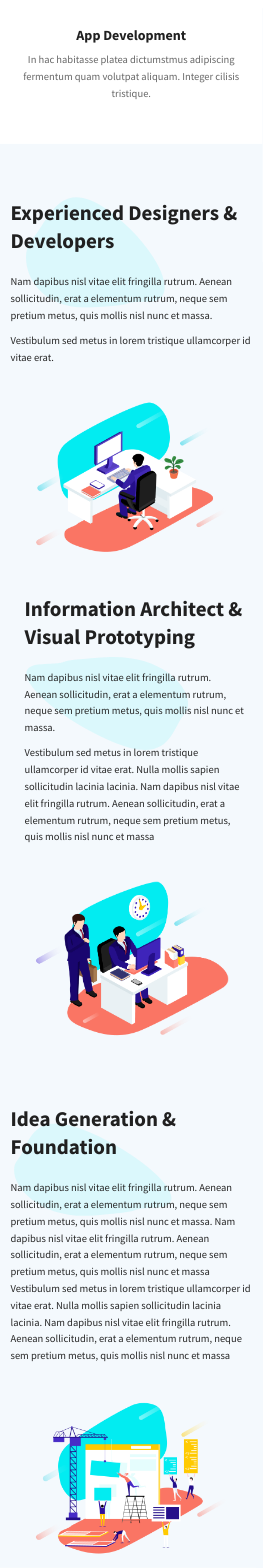
Repository: advert31337/marafon_from0to1_MartaUP
Page: index.html
The author's editor kept a copy of each file at every save. The page is drawn from the files as they stood at one save, then again after the next save.
The browser window is 375 px wide. The pictures show the part of the page from y = 1441 to 3681 px (the page is 3681 px tall before and 3633 px after), at 70% of full size.

Above is the page before, as saved 2020-03-08 17:53:01.

### index.html
<!DOCTYPE html>
<html lang="en">

<head>
    <meta charset="UTF-8">
    <meta name="viewport" content="width=device-width, initial-scale=1.0">
    <title>Marafon MartaUP</title>
    <link href="https://fonts.googleapis.com/css?family=Source+Sans+Pro:400,600,700&display=swap" rel="stylesheet">
    <link rel="stylesheet" href="css/reset.css">
    <link rel="stylesheet" href="css/slick.css">
    <link rel="stylesheet" href="css/style.css">
</head>

<body>
    <header class="header">

        <div class="container">
            <div class="header__top">

                <div class="logo">
                    <a href="#!">+
                        <img src="images/logo.svg" alt="">
                    </a>
                </div>

                <nav class="menu">
                    <div class="menu__btn">
                        <span>

                        </span>
                    </div>
                    <ul class="menu__list">
                        <li><a class="menu__list-item" href="#">home</a></li>
                        <li><a class="menu__list-item" href="#">work</a></li>
                        <li><a class="menu__list-item" href="#">about</a></li>
                        <li><a class="menu__list-item" href="#">contact</a></li>
                    </ul>
                </nav>

                <div class="header-btn">
                    <a class="login" href="#">login</a>
                    <a class="sign-up" href="#">sign up</a>
                </div>

            </div>

            <div class="header-slider">
                <div class="header-slider__item">
                    <div class="header-slider__item-content">

                        <div class="header-slider__item-info">
                            <h3 class="header-slider__title">
                                We Build Apps & Websites
                                for Your Business
                            </h3>
                            <div class="header-slider__description">
                                For startups, For businesses & For you
                            </div>
                            <a href="" class="header-slider__btn">Request a quote</a>
                        </div>

                        <div class="header-slider__item-images">
                            <img src="images/slider-img.png" alt="">
                        </div>
                    </div>
                </div>


                <div class="header-slider__item">
                    <div class="header-slider__item-content">

                        <div class="header-slider__item-info">
                            <h3 class="header-slider__title">
                                We Build Apps & Websites
                                for Your Business
                            </h3>
                            <div class="header-slider__description">
                                For startups, For businesses & For you
                            </div>
                            <a href="" class="header-slider__btn">Request a quote</a>
                        </div>

                        <div class="header-slider__item-images">
                            <img src="images/slider-img.png" alt="">
                        </div>
                    </div>
                </div>


                <div class="header-slider__item">
                    <div class="header-slider__item-content">

                        <div class="header-slider__item-info">
                            <h3 class="header-slider__title">
                                We Build Apps & Websites
                                for Your Business
                            </h3>
                            <div class="header-slider__description">
                                For startups, For businesses & For you
                            </div>
                            <a href="" class="header-slider__btn">Request a quote</a>
                        </div>

                        <div class="header-slider__item-images">
                            <img src="images/slider-img.png" alt="">
                        </div>
                    </div>
                </div>


                <div class="header-slider__item">
                    <div class="header-slider__item-content">

                        <div class="header-slider__item-info">
                            <h3 class="header-slider__title">
                                We Build Apps & Websites
                                for Your Business
                            </h3>
                            <div class="header-slider__description">
                                For startups, For businesses & For you
                            </div>
                            <a href="" class="header-slider__btn">Request a quote</a>
                        </div>

                        <div class="header-slider__item-images">
                            <img src="images/slider-img.png" alt="">
                        </div>
                    </div>
                </div>


                <div class="header-slider__item">
                    <div class="header-slider__item-content">

                        <div class="header-slider__item-info">
                            <h3 class="header-slider__title">
                                We Build Apps & Websites
                                for Your Business
                            </h3>
                            <div class="header-slider__description">
                                For startups, For businesses & For you
                            </div>
                            <a href="" class="header-slider__btn">Request a quote</a>
                        </div>

                        <div class="header-slider__item-images">
                            <img src="images/slider-img.png" alt="">
                        </div>
                    </div>
                </div>
            </div>

        </div>

    </header>

    <section class="specialised">
        <div class="container">
            <div class="specialised__title title">
                We are specialised in
            </div>
            <div class="specialised__items">
                <div class="specialised__item">
                    <div class="specialised__item-img">
                        <img src="images/specialise-1.svg" alt="">
                    </div>

                    <div class="specialise__item-title">
                        UI/UX Design
                    </div>
                    <div class="specialise__item-text">
                        In hac habitasse platea dictumstmus adipiscing fermentum quam volutpat aliquam. Integer cilisis tristique.
                    </div>
                </div>
                <div class="specialised__item">
                    <div class="specialised__item-img">
                        <img src="images/specialise-2.svg" alt="">
                    </div>
                    <div class="specialise__item-title">
                        Web Development
                    </div>
                    <div class="specialise__item-text">
                        In hac habitasse platea dictumstmus adipiscing fermentum quam volutpat aliquam. Integer cilisis tristique.
                    </div>
                </div>
                <div class="specialised__item">
                    <div class="specialised__item-img">
                        <img src="images/specialise-3.svg" alt="">
                    </div>
                    <div class="specialise__item-title">
                        App Development
                    </div>
                    <div class="specialise__item-text">
                        In hac habitasse platea dictumstmus adipiscing fermentum quam volutpat aliquam. Integer cilisis tristique.
                    </div>
                </div>
            </div>
        </div>
    </section>

    <section class="advantages">
        <div class="container">

            <div class="advantages-box">
                <div class="advantages-box__info">
                    <div class="advantages-box__title">
                        Experienced Designers & Developers
                    </div>
                    <div class="advantages-box__text">
                        <p>
                            Nam dapibus nisl vitae elit fringilla rutrum. Aenean sollicitudin, erat a elementum rutrum, neque sem pretium metus, quis mollis nisl nunc et massa.
                        </p>
                        <p>
                            Vestibulum sed metus in lorem tristique ullamcorper id vitae erat.
                        </p>
                    </div>
                </div>

                <div class="advantages-box__img">
                    <img src="images/advantages-1.png" alt="">
                </div>
            </div>

            <div class="advantages-box advantages-box--right">
                <div class="advantages-box__info">
                    <div class="advantages-box__title">
                        Information Architect &
                        Visual Prototyping
                    </div>
                    <div class="advantages-box__text">
                        <p>
                            Nam dapibus nisl vitae elit fringilla rutrum. Aenean sollicitudin, erat a elementum rutrum, neque sem pretium metus, quis mollis nisl nunc et massa.
                        </p>
                        <p>
                            Vestibulum sed metus in lorem tristique ullamcorper id vitae erat. Nulla mollis sapien sollicitudin lacinia lacinia. Nam dapibus nisl vitae elit fringilla rutrum. Aenean sollicitudin, erat a elementum rutrum, neque sem pretium metus, quis mollis nisl nunc et massa
                        </p>
                    </div>
                </div>
                <div class="advantages-box__img">
                    <img src="images/advantages-2.png" alt="">
                </div>
            </div>

            <div class="advantages-box">
                <div class="advantages-box__info advantages-box__info--bg">
                    <div class="advantages-box__title">
                        Idea Generation & Foundation
                    </div>
                    <div class="advantages-box__text">
                        <p>
                            Nam dapibus nisl vitae elit fringilla rutrum. Aenean sollicitudin, erat a elementum rutrum, neque sem pretium metus, quis mollis nisl nunc et massa. Nam dapibus nisl vitae elit fringilla rutrum. Aenean sollicitudin, erat a elementum rutrum, neque sem pretium metus, quis mollis nisl nunc et massa    Vestibulum sed metus in lorem tristique ullamcorper id vitae erat. Nulla mollis sapien sollicitudin lacinia lacinia. Nam dapibus nisl vitae elit fringilla rutrum. Aenean sollicitudin, erat a elementum rutrum, neque sem pretium metus, quis mollis nisl nunc et massa
                        </p>
                    </div>
                </div>

                <div class="advantages-box__img">
                    <img src="images/advantages-3.png" alt="">
                </div>
            </div>
        </div>
    </section>

    <!-- <section class="reviews">
        <div class="container">
            <div class="reviews__title title">
                Don’t Just Take Our Words
            </div>
            <div class="reviews__items">

                <div class="reviews__item">
                    <div class="reviews__item-head">
                        <img src="images/rev-1.jpg" alt="">
                        <div class="reviews__item-info">
                            <div class="reviews__item-name">
                                Arakat Bank
                            </div>
                            <div class="reviews__item-position">
                                International Bank Ltd.
                            </div>
                        </div>
                    </div>
                    <div class="reviews__item-text">
                        Fusce vehicula dolor arcu, sit amet blandit dolor mollis nec. Donec viverra eleifend lacus, vitae ullamcorper metus. Sed sollicitudin ipsum.
                    </div>
                </div>

                <div class="reviews__item">
                    <div class="reviews__item-head">
                        <img src="images/rev-2.jpg" alt="">
                        <div class="reviews__item-info">
                            <div class="reviews__item-name">
                                Chrsitopher Company Ltd.
                            </div>
                            <div class="reviews__item-position">
                                Design & Development
                            </div>
                        </div>
                    </div>
                    <div class="reviews__item-text">
                        Fusce vehicula dolor arcu, sit amet blandit dolor mollis nec. Donec viverra eleifend lacus, vitae ullamcorper metus. Sed sollicitudin ipsum.
                    </div>
                </div>

                <div class="reviews__item">
                    <div class="reviews__item-head">
                        <img src="images/rev-3.jpg" alt="">
                        <div class="reviews__item-info">
                            <div class="reviews__item-name">
                                Jigsawlab Studio Inc.
                            </div>
                            <div class="reviews__item-position">
                                Interactive Prototyping
                            </div>
                        </div>
                    </div>
                    <div class="reviews__item-text">
                        Fusce vehicula dolor arcu, sit amet blandit dolor mollis nec. Donec viverra eleifend lacus, vitae ullamcorper metus. Sed sollicitudin ipsum.
                    </div>
                </div>

            </div>
        </div>
    </section> -->

    <!-- <footer class="footer">
        <div class="container">
            <div class="footer__inner">
                <div class="footer__link">
                    <a href="#">About Martaup</a>
                    <a href="#">Help</a>
                    <a href="#">Privacy Policy</a>
                </div>
                <div class="footer__copy">
                    © 2013-2018 All rights reserved.
                </div>
            </div>
        </div>
    </footer> -->


    <script src="https://ajax.googleapis.com/ajax/libs/jquery/3.4.1/jquery.min.js"></script>
    <script src="js/slick.min.js"></script>
    <script src="js/main.js"></script>
</body>

</html>

### css/style.css
*{
    box-sizing: border-box;
}

body {
    font-family: 'Source Sans Pro', sans-serif;
    font-size: 15px;
    line-height: 24px;
}

a {
    text-decoration: none;
    color: inherit;
}
.header {
    background-image: url('../images/header-bg.jpg');
    min-height: 793px;
    background-repeat: no-repeat;
    background-size: cover;
    background-position: top center;
}

.container {
    max-width: 1200px;
    margin: 0 auto;
    padding: 0 15px 0 15px;

}

.header__top {
    display: flex;
    justify-content: space-between;
    height: 100px;
    align-items: center;
}

.menu__list {
    display: flex;
}

.menu__list li + li {
    padding-left: 50px;

}

.login {
    margin-right: 44px;
    color: #fff;
    text-transform: uppercase;
    font-weight: 600;
}

.menu__list a{
    opacity: 0.5;
    color: #fff;
    font-weight: 600;
    text-transform: uppercase;
    transition: all 0.5s;
}

.menu__list a:hover {
    opacity: 1;
}

.sign-up {
    text-transform: uppercase;
    color: #250f8a;
    font-weight: 600;
    background-color: #fff;
    padding: 8px 43px;
    border-radius: 20px;

}

.header-slider {
    padding-top: 111px;
}
.header-slider__item {

}
.header-slider__item-content {
    display: flex;
    justify-content: space-between;
}
.header-slider__item-info {
    max-width: 506px;
    color:#fff;
}
.header-slider__title {
    font-weight: 700;
    font-size: 45px;
    line-height: 60px;
    margin-bottom: 10px;
}
.header-slider__description {
    line-height: 55px;
    font-size: 24px;
    margin-bottom: 60px;
}
.header-slider__btn {
    font-weight: 600;
    text-transform: uppercase;
    color: #250F8A;
    padding: 13px 39px;
    background-color: #FFCA00;
    border-radius: 25px;
}
.header-slider__item-images {
    margin: 10px 82px 0 0;
}

.header-dots{
    list-style: none;
    position: absolute;
    right: 0;
    top: 50%;
    transform: translateY(-50%)
}

.header-dots button {
    border: none;
    background-color: #fff;
    opacity: 0.5;
    font-size: 0;
    padding: 0;
    width: 7px;
    height: 7px;
    border-radius: 3.5px;
    cursor: pointer;
    outline: none;
    margin: 10px auto;
    display: block;
}

.header-dots .slick-active button{
    width: 15px;
    opacity: 1;
}

.specialised{
    padding: 55px 0 93px;
    background-image: url(../images/special-bg.svg);
    background-position: left bottom;
    background-repeat: no-repeat;
    color: #202020;
    text-align: center;
}

.specialised__title {
    margin-bottom: 96px;
}
.title {
    font-size: 35px;
    line-height: 45px;
    font-weight: 700;
    text-align: center;
}

.specialised__items {
    display: flex;
    justify-content: space-between;
    max-width: 980px;
    margin: 0 auto;

}
.specialised__item {
    width: 280px;
}
.specialised__item-img {
    margin-bottom: 23px;
    min-height: 159px;
}
.specialise__item-title {
    margin-bottom: 11px;
    font-size: 20px;
    font-weight: 700;
}
.specialise__item-text {
   padding: 0 10px;
   color: #272727;
   opacity: 0.7;
}


.advantages {
    padding-top: 64px;
    background: #f4f9fd;
    background-image: url(../images/advantages-bg.svg);
    background-repeat: no-repeat;
    background-position: center right;
}

.advantages-box {
    display: flex;
    justify-content: space-between;
    padding-bottom: 76px;
}

 .advantages-box--right .advantages-box__info{
    order: 1;
    background-image: url(../images/title-bg-2.svg);
    background-position: 22px 130px;
}
.advantages-box__info {
    max-width: 455px;
    padding-top: 60px;
    background-image: url(../images/title-bg-1.svg);
    background-repeat: no-repeat;
    background-position: 22px 76px;
}

.advantages-box__info--bg{
    background-image: url(../images/title-bg-3.svg);
    background-position: 5px 105px;
}


.advantages-box__title {
    color: #202020;
    font-size: 35px;
    line-height: 45px;
    font-weight: 700;
    padding: 68px 0 15px 48px;

}
.advantages-box__text {
    padding-left: 48px;
    color: #272727;
}

.advantages-box__text p{
    margin: 12px 0;
}


.reviews {
    background-image: url(../images/reviews-bg.jpg);
    background-repeat: no-repeat;
    background-position: top center;
    background-size: cover;
    padding: 38px 53px;
}

.reviews__title {
    color: #fff;
    margin: 0 auto 48px;
    max-width: 384px;
}
.reviews__items {
    max-width: 940px;
    margin: 0 auto;
    display: flex;
    justify-content: space-between;
}
.reviews__item {
    width: 300px;
    border-radius: 5px;
    background-color: rgba(255, 255, 255, .2);
    padding: 35px 20px;
    color: #fff;
}
.reviews__item-head {
    margin-bottom: 13px;
    display: flex;
}

.reviews__item-head img{
    border-radius: 50%;
    margin-right: 20px;
}

.reviews__item-name {
    font-weight: 600;
}
.reviews__item-position {
    opacity: .5;
}
.reviews__item-text {
    text-align: center;
    padding-top: 39px;
    position: relative;
}

.reviews__item-text::before{
    content: "“";
    font-size: 40px;
    line-height: 55px;
    font-weight: 700;
    position: absolute;
    top: 0;
    left: 0;
    right: 0;
}

.footer{

}

.footer__inner {
    display: flex;
    justify-content: space-between;
    align-items: center;
    height: 61px;
    color: #272727;
    padding: 0 40px;
}
.footer__link a + a {
    margin-left: 20px;
}




@media (max-width: 1620px){
    .advantages{
        background-image: none;
    }
}


@media (max-width: 1201px){
    .specialised{
        background-size: 60px;
    }
}

@media (max-width: 1190px){
    .header-slider__item-images{
        margin: 50px 20px 0 0;
    }
    .header-slider__item-images img{
        width: 80%;
    }
    .header-slider__item-info{
        padding: 50px 0;
    }

    .header-slider{
        padding-top: 25px;
    }

    .advantages-box__img img{
        width: 80%
    }

    .advantages-box__img{
        text-align: center;
    }

    .advantages-box{
        justify-content: space-around;
    }

    .advantages-box--right .advantages-box__title{
        padding: 30px 0 15px 20px;
    }

    .advantages-box--right .advantages-box__text{
        padding-left: 20px;
    }

    .advantages-box--right .advantages-box__info{
        padding-right: 30px;
    }
}

@media (max-width: 1080px){
    .specialised{
        background-image: none;
    }

    .advantages-box__info{
        padding-top: 10px;
    }

    .advantages-box--right .advantages-box__info{
        padding-right: 10px;
    }

    .advantages-box__img{
        width: 71%;
        margin-top: 40px;
    }
}


@media (max-width: 924px){
    .header__top{
        flex-wrap: wrap;
    }

    .header-btn{
        width: 100%;
        text-align: right;
    }

    .login{
        margin-right: 30px;
    }

}

@media (max-width: 900px){
    .header-slider__item-images{
        display: none;
    }
}

@media (max-width: 858px) {
    .advantages{
        padding-top: 0;
    }

    .advantages-box__info{
        max-width: 100%;
        flex-wrap: wrap;
    }

    .advantages-box{
        flex-wrap: wrap;
        padding-bottom: 20px;
    }

    .advantages-box--right .advantages-box__info{
        order: 0;
    }

    .advantages-box__img{
        width: 100%;
    }
}

@media (max-width: 775px) {
    .specialised{
        padding: 20px 0 40px;
    }

    .specialised__title{
        margin-bottom: 40px;
    }

    .specialised__items{
        flex-wrap: wrap;
    }

    .specialised__item{
        width: 50%;
        margin-bottom: 20px;
    }
}

@media (max-width: 570px) {
    .menu__list{
        display: none;
        position: absolute;
        top: 120px;
        left: 0;
        text-align: center;
        width: 100%;
        background-color: #1a50a8;
        z-index: 5;
    }

    .menu__list li + li{
        padding-left: 0;
    }

    .menu__list a{
        display: block;
        padding: 10px;
    }

    .menu__btn{
        width: 30px;
        height: 20px;
        position: relative;

    }

    .menu__btn span{
        width: 100%;
        height: 2px;
        background-color: #fff;
        top:9px;
        position: absolute;
    }

    .menu__btn::after,
    .menu__btn::before{
        content: "";
        height: 2px;
        width: 100%;
        background-color: #fff;
        position: absolute;
    }

    .menu__btn::after{
        top: 0;
    }

    .menu__btn::before{
        bottom: 0;
    }

    .header-slider__item-info{
        padding: 10px 30px 10px 0;
    }

    .header{
        min-height: 580px;
    }

    .header-slider__description{
        margin-bottom: 20px;
        font-size: 20px;
        line-height: 35px;
    }

    .header-slider__title{

        font-size: 35px;
        line-height: 45px;

    }


    .specialised__items{
        display: block;
    }

    .specialised__item{
        width: 100%;

    }

    .title{
        font-size: 30px;
        line-height: 40px;
    }

    .advantages-box__title{
        font-size: 30px;
        line-height: 40px;
        padding: 68px 0 15px 0px;
    }

    .advantages-box__text{
        padding-left: 0;
    }

}

@media (min-width: 570px){
    .menu__list{
        display: flex !important;
    }

}

### js/main.js
$(function(){
    $('.header-slider').slick({
        arrows: false,
        vertical: true,
        dots: true,
        dotsClass: 'header-dots',
        autoplay: 2000,

    })

    $('.menu__btn').on('click', function(){
        $('.menu__list').slideToggle()
    })
})

Loaded but not shown: css/reset.css (common file); css/slick.css (common file); js/slick.min.js (library)

After the next save:
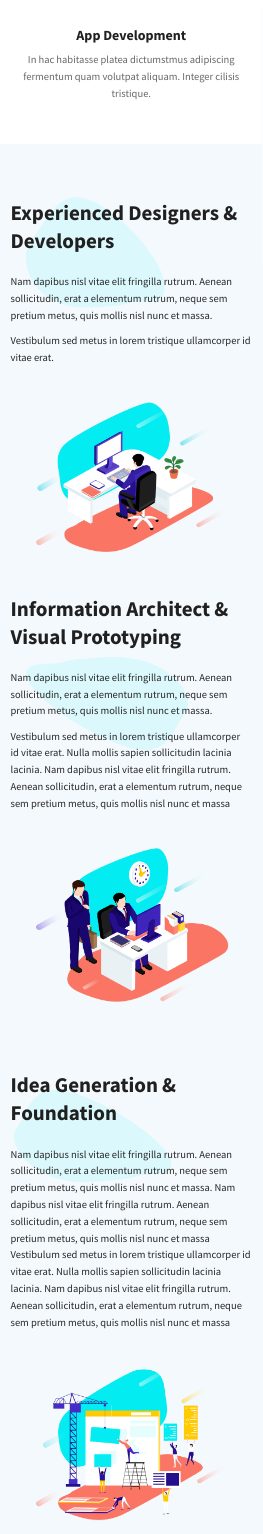
Saved 102 s later.
--- a/css/style.css
+++ b/css/style.css
@@ -548,6 +548,14 @@ a {
         padding-left: 0;
     }
 
+    .advantages-box--right .advantages-box__title{
+        padding: 30px 0 15px 0;
+    }
+
+    .advantages-box--right .advantages-box__text{
+        padding-left: 0;
+    }
+
 }
 
 @media (min-width: 570px){
